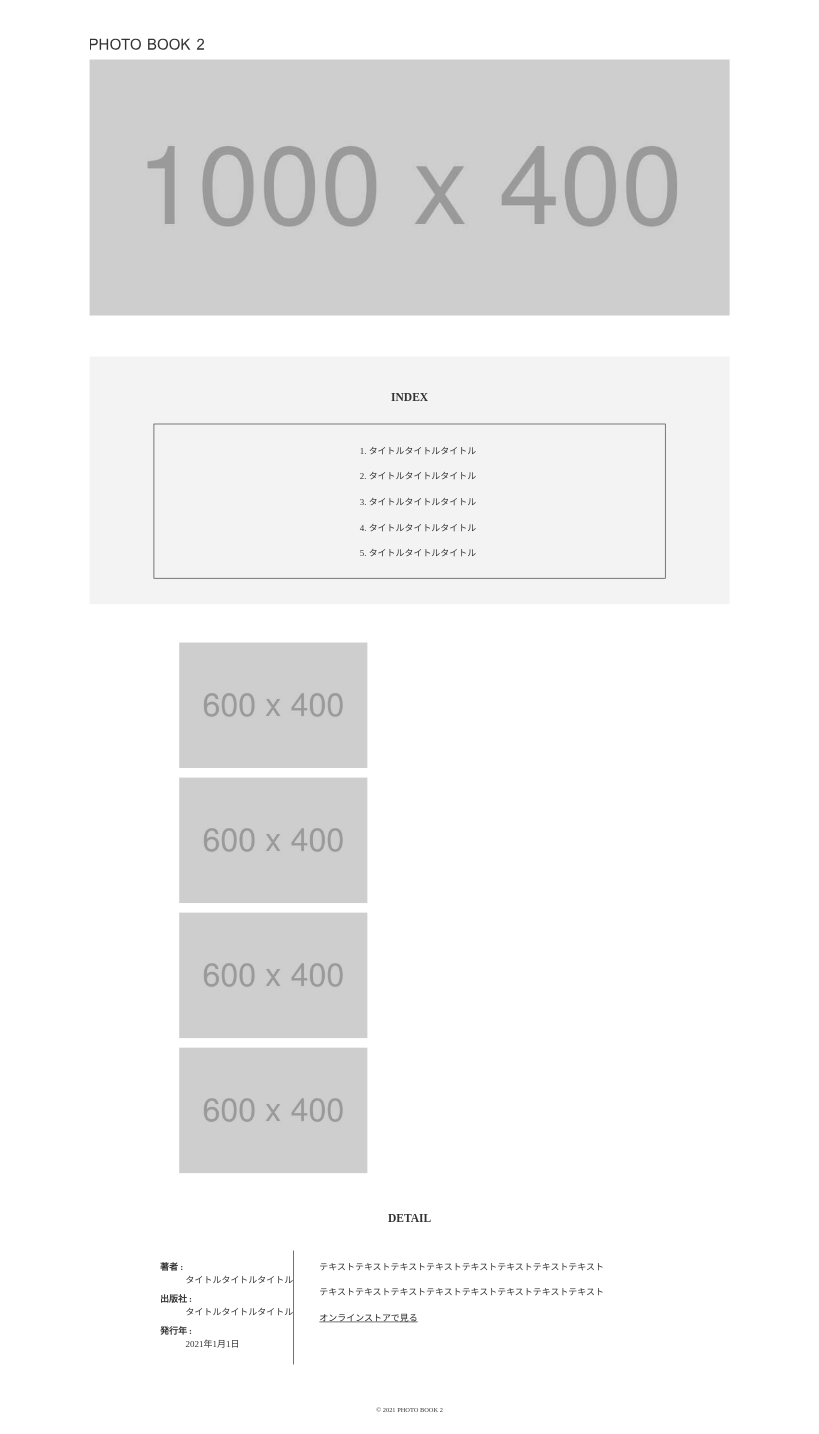
Repository: Fuki-san/photo-book-2
Page: http://localhost/photobook
The author's editor kept a copy of each file at every save. The page is drawn from the files as they stood at one save, then again after the next save.
The browser window is 1280 px wide. The pictures show the whole page, at 64% of full size.
The page is served by the project's Laravel application, run on PHP 8.4 with Laravel 10.

Above is the page before, as saved 2023-12-01 12:51:56.

After the next save:
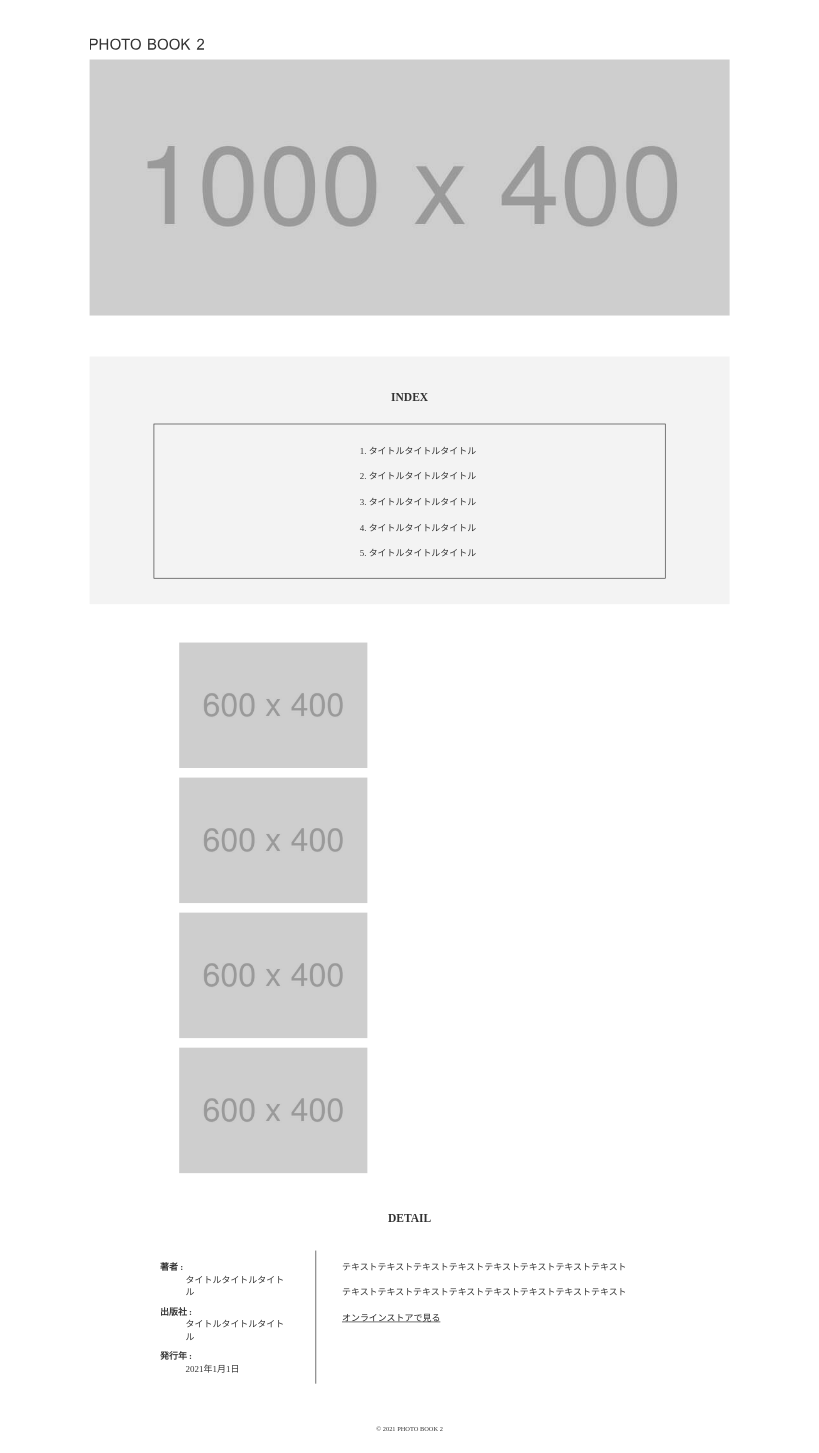
Saved 7 s later.
--- a/public/css/style.css
+++ b/public/css/style.css
@@ -112,7 +112,9 @@
 #detail dd{
     margin-bottom: 10px;
 }
-#detail dd:la
+#detail dd:last-child{
+    margin-bottom: 0;
+}
 #detail dl{
     padding-right: 40px;
 }
